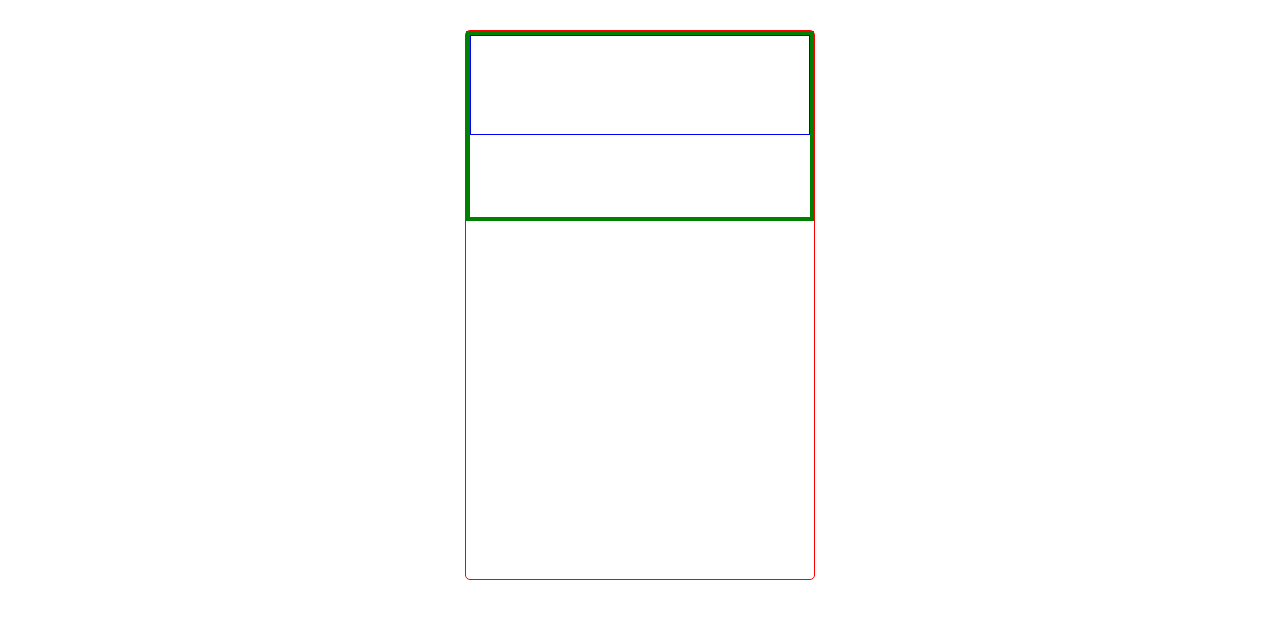
Repository: OfirLana/Calculator
Page: index.html
An editor plug-in stored every save of this project. The page is shown before and after a run of saves, followed by the edit.
The browser window is 1280 px wide. The pictures show the whole page.

Above is the page before, as saved 2019-03-12 17:26:15.

After the next 2 saves:
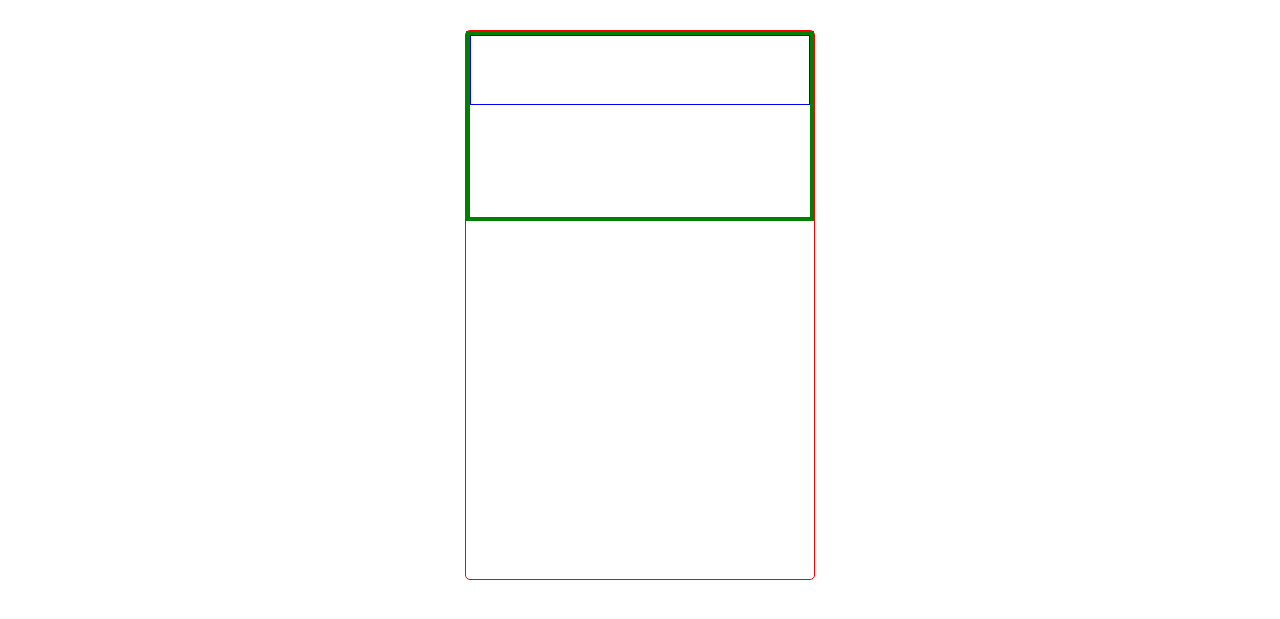
The 2 saves are shown as one change because they came seconds apart.
The last was saved 9 s later.
--- a/style.css
+++ b/style.css
@@ -38,5 +38,5 @@ body {
     .main_out_put{
         display:flex;
         border:1px solid blue;
-        height:10rem;
+        height:7rem;
     }
